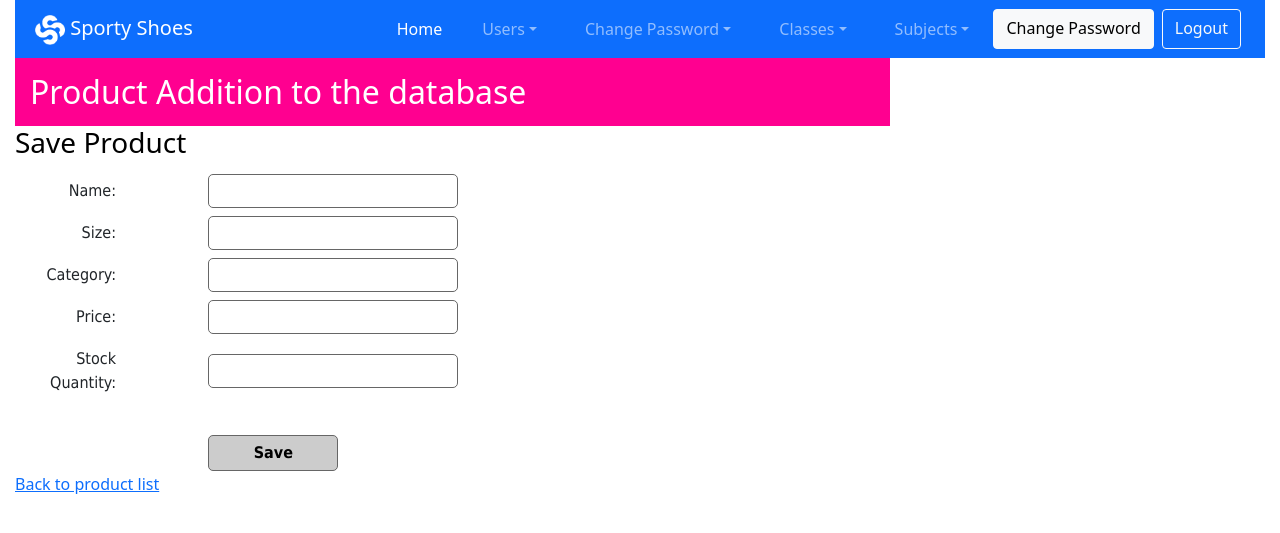
Repository: anuragkr41/FSDPhase3
Page: http://localhost/sporty-shoes/WEB-INF/view/product-form.jsp
The author's editor kept a copy of each file at every save. The page is drawn from the files as they stood at one save, then again after the next save.
The browser window is 1280 px wide. The pictures show the whole page.
The page is served by Tomcat 9. Nobody is signed in. The template is opened directly, without the code that normally fills it, so the values that code supplies are empty.

Above is the page before, as saved 2021-07-25 17:10:10.

After the next save:
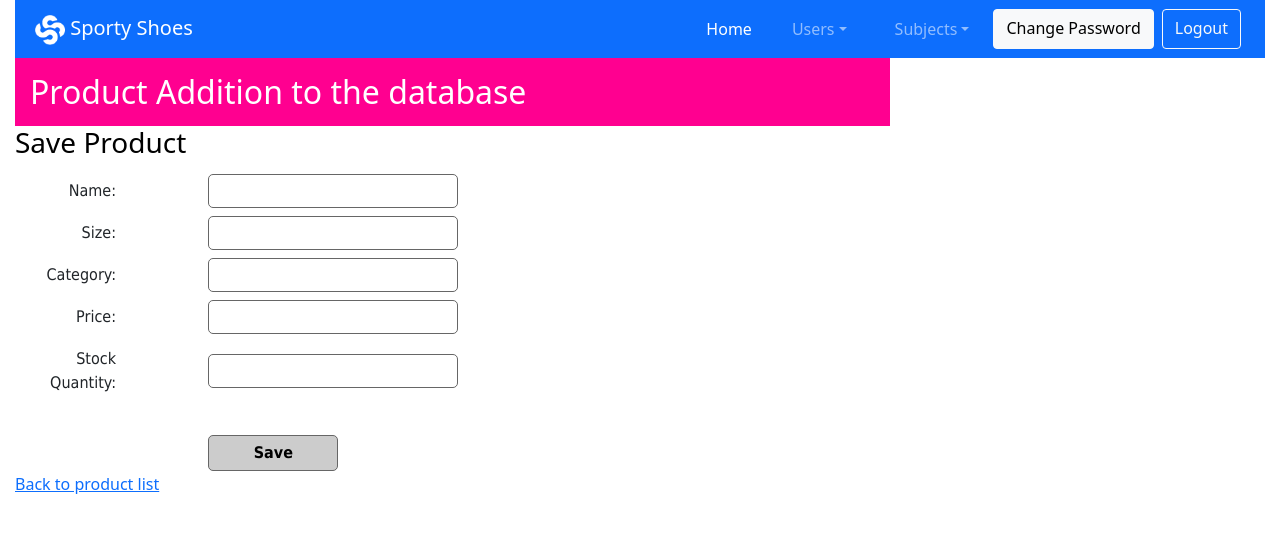
Saved 22 s later.
--- a/sporty-shoes/WebContent/WEB-INF/view/admin-menu.jsp
+++ b/sporty-shoes/WebContent/WEB-INF/view/admin-menu.jsp
@@ -28,28 +28,7 @@
               </ul>
             </li>
 
-            <li class="nav-item dropdown px-3">
-              <a class="nav-link dropdown-toggle" href="students.jsp" id="dropdown03" data-bs-toggle="dropdown"
-                aria-expanded="false">Change Password</a>
-              <ul class="dropdown-menu" aria-labelledby="dropdown03">
-                <li><a class="dropdown-item" href="#">List of Student by class</a></li>
-                <li><a class="dropdown-item" href="#">Admit new student</a></li>
-                <li><a class="dropdown-item" href="#">Remove Student</a></li>
-              </ul>
-            </li>
 
-            <li class="nav-item dropdown px-3">
-              <a class="nav-link dropdown-toggle" href="classes.jsp" id="dropdown03" data-bs-toggle="dropdown"
-                aria-expanded="false">Classes</a>
-              <ul class="dropdown-menu" aria-labelledby="dropdown03">
-                <li><a class="dropdown-item" href="#">View all classes</a></li>
-                <li><a class="dropdown-item" href="#">Remove class</a></li>
-                <li><a class="dropdown-item" href="#">Add new Class</a></li>
-                <li><a class="dropdown-item" href="#">Assign subject to class</a></li>
-                <li><a class="dropdown-item" href="#">Assign Teacher to class</a></li>
-
-              </ul>
-            </li>
 
             <li class="nav-item dropdown mx-3">
               <a class="nav-link dropdown-toggle" href="subjects.jsp" id="dropdown03" data-bs-toggle="dropdown"
